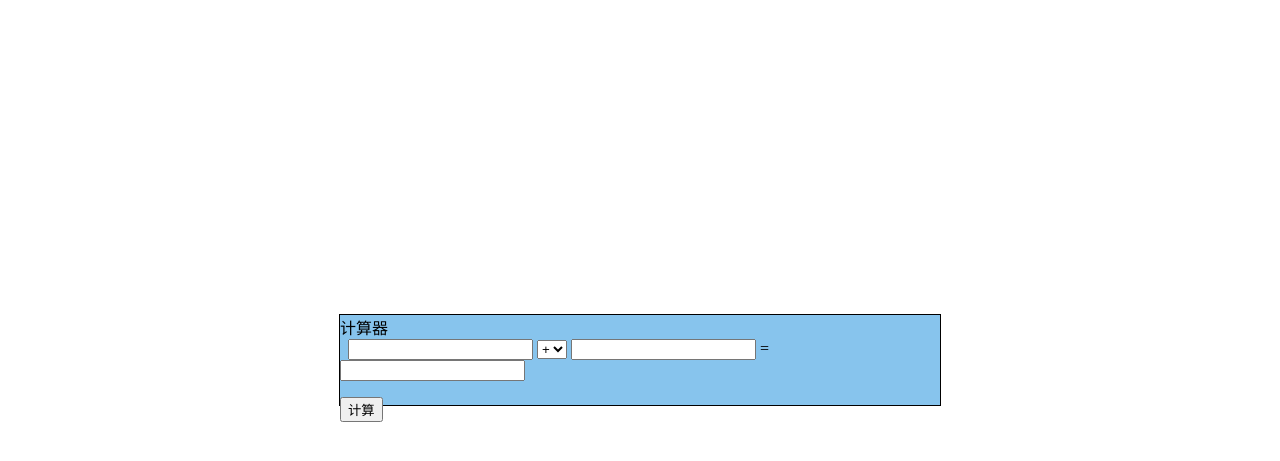
Repository: guirui-li/StudyJavaWeb
Page: http://localhost/JavawebTest/experiment03/jisuan.jsp
The author's editor kept a copy of each file at every save. The page is drawn from the files as they stood at one save, then again after the next save.
The browser window is 1280 px wide. The pictures show the whole page.
The page is served by Tomcat 9. Other server files are loaded and not shown.

Above is the page before, as saved 2019-05-03 06:43:55.

### JavawebTest/WebContent/experiment03/jisuan.jsp
<%@ page language="java" contentType="text/html; charset=UTF-8"
    pageEncoding="UTF-8"%>
<!DOCTYPE html>
<html>
<head>
<meta charset="UTF-8">
<title>计算器</title>
	<style type="text/css">
		#jisuan{
			border: 1px solid black;
			width:600px;
			height:90px;
			background-color:#87c4ed;
			position: absolute;
			top:50%;
			left:50%;
			transform:translate(-50%,-50%);
		}
		#Submit{

		}
	</style>
</head>
<body>
	<%
		String number1str=request.getParameter("number1");
		String number2str=request.getParameter("number2");
		String optionstr=request.getParameter("select");
		String sum=request.getParameter("sum");
		if(number1str==null||number2str==null||optionstr==null||sum==null){
			number1str="";
			number2str="";
			optionstr="+";
			sum="";
		}
	%>
	<div id="jisuan">
	计算器
	<form action="dojisuan.jsp" name="form1" method="post" id="form1">
		<label>&nbsp;
			<input type="text" name="number1" value="<%= number1str%>"/>
		</label>
		<label>
			<select name="select">
				<option value="+" selected="selected">+</option>
				<option value="-" >-</option>
				<option value="*" >*</option>
				<option value="/" >/</option>
			</select>
		</label>
		<label>
			<input type="text" name="number2" value="<%= number2str%>">
		</label>
		=
		<label>
			<input type="text" name="sum" value="<%=sum %>">
		</label>
		<p>
			<label>
				<input type="submit" name="Submit" value="计算"  id="Submit"/>
			</label>
		</p>
	</form>
	</div>
</body>
</html>

After the next save:
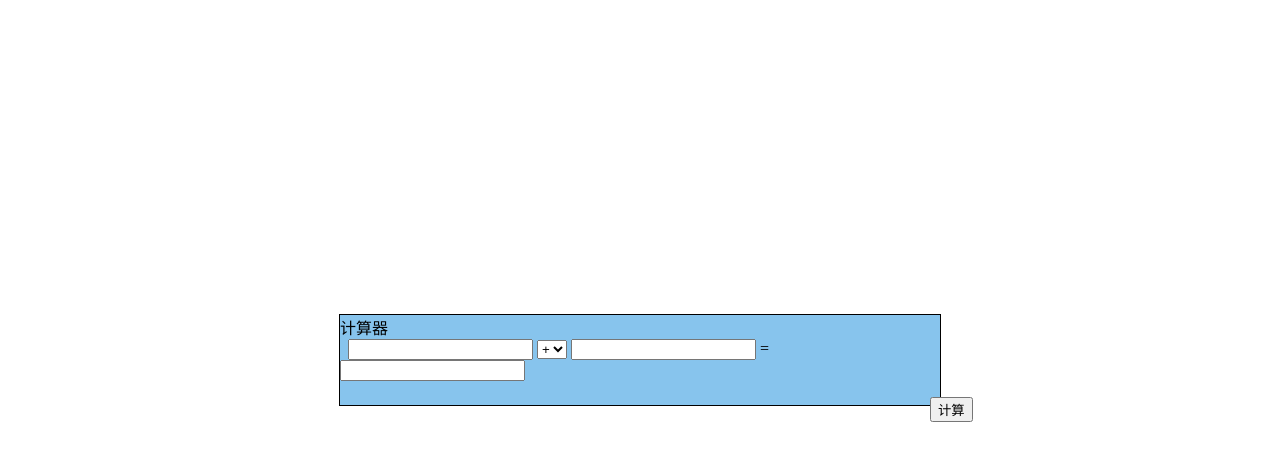
Saved 17 s later.
--- a/JavawebTest/WebContent/experiment03/jisuan.jsp
+++ b/JavawebTest/WebContent/experiment03/jisuan.jsp
@@ -17,7 +17,7 @@
 			transform:translate(-50%,-50%);
 		}
 		#Submit{
-
+			margin-left: 590px;
 		}
 	</style>
 </head>
